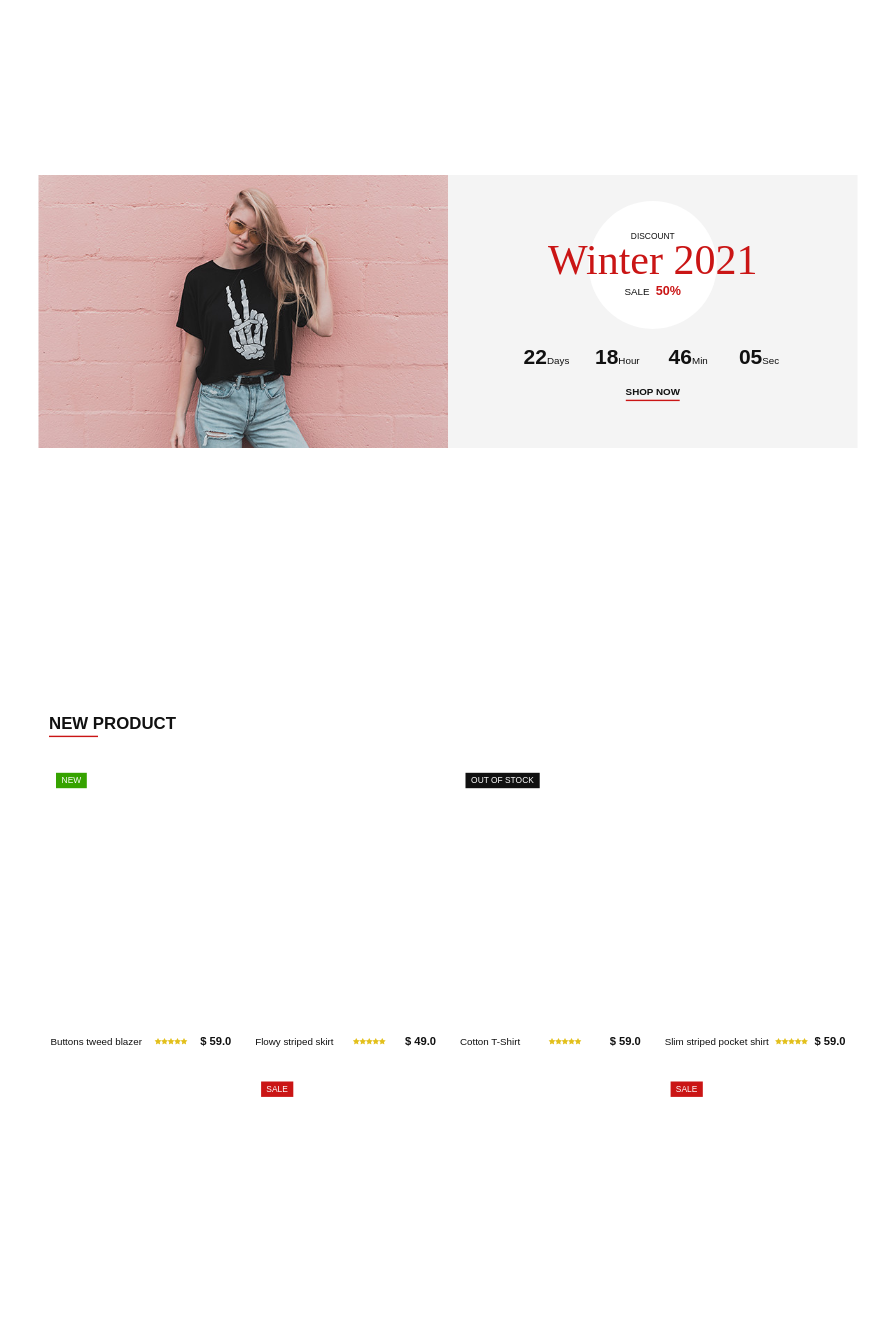
Repository: banchiec/shopping-fashion
Page: /
These files come from the project's save history. The page is drawn as it stood at one moment and after the next save; the edit follows.
The browser window is 1280 px wide. The pictures show the part of the page from y = 460 to 2380 px (the page is 2893 px tall before and 1093 px after), at 70% of full size.
The project was rebuilt for these pictures with package versions that can differ from the ones it lists, and the page was loaded fresh each time. Also part of the build but not shown: src/App.css, src/pages/Shop/Shop.js.

Above is the page before, as saved 2023-07-15 01:25:57.

### public/index.html
<!DOCTYPE html>
<html lang="en">
	<head>
		<meta charset="utf-8" />
		<link rel="icon" href="%PUBLIC_URL%/favicon.ico" />
		<meta name="viewport" content="width=device-width, initial-scale=1" />
		<meta name="theme-color" content="#000000" />
		<meta name="description" content="Web site created using create-react-app" />
		<link rel="apple-touch-icon" href="%PUBLIC_URL%/logo192.png" />
		<!--
      manifest.json provides metadata used when your web app is installed on a
      user's mobile device or desktop. See https://developers.google.com/web/fundamentals/web-app-manifest/
    -->
		<link rel="manifest" href="%PUBLIC_URL%/manifest.json" />
		<!--
      Notice the use of %PUBLIC_URL% in the tags above.
      It will be replaced with the URL of the `public` folder during the build.
      Only files inside the `public` folder can be referenced from the HTML.

      Unlike "/favicon.ico" or "favicon.ico", "%PUBLIC_URL%/favicon.ico" will
      work correctly both with client-side routing and a non-root public URL.
      Learn how to configure a non-root public URL by running `npm run build`.
    -->
		<title>React App</title>
		<link rel="stylesheet" href="assets/css/bootstrap.min.css" type="text/css" />
		<link rel="stylesheet" href="assets/css/font-awesome.min.css" type="text/css" />
		<link rel="stylesheet" href="assets/css/elegant-icons.css" type="text/css" />
		<link rel="stylesheet" href="assets/css/jquery-ui.min.css" type="text/css" />
		<link rel="stylesheet" href="assets/css/magnific-popup.css" type="text/css" />
		<link rel="stylesheet" href="assets/css/owl.carousel.min.css" type="text/css" />
		<link rel="stylesheet" href="assets/css/slicknav.min.css" type="text/css" />
		<link rel="stylesheet" href="assets/css/style.css" type="text/css" />
		<!-- Custom Scripts for this template -->
		<script src="assets/js/jquery-3.3.1.min.js"></script>
		<script src="assets/js/bootstrap.min.js"></script>
		<script src="assets/js/jquery.magnific-popup.min.js"></script>
		<script src="assets/js/jquery-ui.min.js"></script>
		<script src="assets/js/mixitup.min.js"></script>
		<script src="assets/js/jquery.slicknav.js"></script>
		<script src="assets/js/owl.carousel.min.js"></script>
		<script src="assets/js/jquery.nicescroll.min.js"></script>
		<script src="assets/js/main.js"></script>
	</head>
	<body>
		<noscript>You need to enable JavaScript to run this app.</noscript>
		<div id="root"></div>
		<!--
      This HTML file is a template.
      If you open it directly in the browser, you will see an empty page.

      You can add webfonts, meta tags, or analytics to this file.
      The build step will place the bundled scripts into the <body> tag.

      To begin the development, run `npm start` or `yarn start`.
      To create a production bundle, use `npm run build` or `yarn build`.
    -->
	</body>
</html>

### src/pages/Home/Home.js
import { CarouselSection } from "../../components/CarouselSection"
import { DiscountsBanner } from "../../components/DiscountsSection"
import { SocialSection } from "../../components/SocialSection"
import { SmallShop } from "../../components/SmallShop"
import { Footer } from "../../components/Footer"

const Home = () => {
	return (
		<>
			<CarouselSection />
			<DiscountsBanner />
			<SocialSection />
			<SmallShop />
			<Footer />s
		</>
	)
}
export default Home

### src/components/Header/styles/headerStyles.css
.header {
	background: #ffffff;
	-webkit-box-shadow: 0px 5px 10px rgba(91, 91, 91, 0.1);
	box-shadow: 0px 5px 10px rgba(91, 91, 91, 0.1);
}

.header__logo {
	padding: 26px 0;
}

.header__logo a {
	display: inline-block;
}

.header__menu {
	padding: 30px 0 27px;
}

.header__menu ul li {
	list-style: none;
	display: inline-block;
	margin-right: 40px;
	position: relative;
}

.header__menu ul li.active a:after {
	-webkit-transform: scale(1);
	-ms-transform: scale(1);
	transform: scale(1);
}

.header__menu ul li:hover a:after {
	-webkit-transform: scale(1);
	-ms-transform: scale(1);
	transform: scale(1);
}

.header__menu ul li:hover .dropdown {
	top: 27px;
	opacity: 1;
	visibility: visible;
}

.header__menu ul li:last-child {
	margin-right: 0;
}

.header__menu ul li .dropdown {
	position: absolute;
	left: 0;
	top: 56px;
	width: 150px;
	background: #111111;
	text-align: left;
	padding: 2px 0;
	z-index: 9;
	opacity: 0;
	visibility: hidden;
	-webkit-transition: all, 0.3s;
	-o-transition: all, 0.3s;
	transition: all, 0.3s;
}

.header__menu ul li .dropdown li {
	display: block;
	margin-right: 0;
}

.header__menu ul a {
	padding: 8px 20px;
}

.header__menu ul li .dropdown li a {
	font-size: 14px;
	color: #ffffff;
	font-weight: 400;
	padding: 8px 20px;
	text-transform: capitalize;
}

.header__menu ul li .dropdown li a:after {
	display: none;
}

.header__menu ul li a {
	font-size: 15px;
	text-transform: uppercase;
	color: #111111;
	font-weight: 500;
	display: block;
	padding: 2px 0;
	position: relative;
}

.header__menu ul li a:after {
	position: absolute;
	left: 0;
	bottom: 0;
	width: 100%;
	height: 2px;
	background: #ca1515;
	content: '';
	-webkit-transition: all, 0.5s;
	-o-transition: all, 0.5s;
	transition: all, 0.5s;
	-webkit-transform: scale(0);
	-ms-transform: scale(0);
	transform: scale(0);
}

.header__right {
	text-align: right;
	padding: 30px 0 27px;
}

.header__right__auth {
	display: inline-block;
	margin-right: 25px;
}

.header__right__auth a {
	font-size: 12px;
	color: #666666;
	position: relative;
	margin-right: 8px;
}

.header__right__auth a:last-child {
	margin-right: 0;
}

.header__right__auth a:last-child:after {
	display: none;
}

.header__right__auth a:after {
	position: absolute;
	right: -8px;
	top: -2px;
	content: '/';
	font-size: 13px;
}

.header__right__widget {
	display: inline-block;
}

.header__right__widget li {
	list-style: none;
	display: inline-block;
	font-size: 18px;
	color: #111111;
	margin-right: 20px;
	cursor: pointer;
}

.header__right__widget li:last-child {
	margin-right: 0;
}

.header__right__widget li a {
	font-size: 18px;
	color: #111111;
	position: relative;
}

.header__right__widget li a .tip {
	position: absolute;
	right: -12px;
	top: -11px;
	height: 18px;
	width: 18px;
	background: #111111;
	font-size: 10px;
	font-weight: 500;
	color: #ffffff;
	line-height: 18px;
	text-align: center;
	border-radius: 50%;
}

.offcanvas-menu-wrapper {
	display: none;
}

.canvas__open {
	display: none;
}
.canvas__open {
	display: block;
	font-size: 22px;
	color: #222;
	height: 35px;
	width: 35px;
	line-height: 35px;
	text-align: center;
	border: 1px solid #323232;
	border-radius: 2px;
	cursor: pointer;
	position: absolute;
	right: 15px;
	top: 24px;
}
@media only screen and (max-width: 767px) {
	.canvas__open {
		display: block;
		font-size: 22px;
		color: #222;
		height: 35px;
		width: 35px;
		line-height: 35px;
		text-align: center;
		border: 1px solid #323232;
		border-radius: 2px;
		cursor: pointer;
		position: absolute;
		right: 15px;
		top: 24px;
	}
}

### src/components/CarouselSection/Carousel.jsx
const CarouselSection = (props) => {
	return (
		<section className="banner">
			<div className="container">
				<div className="row">
					<div className="col-xl-12 col-lg-8 m-auto">
						<div className="banner__slider owl-carousel">
							<div>
								<div className="banner__text">
									{/* <span>The Chloe Collection</span> */}
									<img src="assets/img/banner/banner-1.jpg" alt="banner" />
									<h1>The Project Jacket</h1>
									<a href="#">Shop now</a>
								</div>
							</div>
							<div>
								<div className="banner__text">
									{/* <span>The Chloe Collection</span> */}
									<img src="assets/img/banner/banner-1.jpg" alt="banner" />
									{/* <h1>The Project Jacket </h1> */}
									<a href="#">Shop now</a>
								</div>
							</div>
							<div>
								<div className="banner__text">
									<span>The Chloe Collection</span>
									<img src="assets/img/banner/banner-1.jpg" alt="banner" />
									{/* <h1>The Project Jacket</h1> */}
									<a href="#">Shop now</a>
								</div>
							</div>
						</div>
					</div>
				</div>
			</div>
		</section>
	)
}

export default CarouselSection

### src/components/DiscountsSection/DiscountsBanner.jsx
const DiscountsBanner = () => {
	return (
		<>
			<section className="discount">
				<div className="container">
					<div className="row">
						<div className="col-lg-6 p-0">
							<div className="discount__pic">
								<img src="assets/img/discount.jpg" alt="" />
							</div>
						</div>
						<div className="col-lg-6 p-0">
							<div className="discount__text">
								<div className="discount__text__title">
									<span>Discount</span>
									<h2>Winter 2021</h2>
									<h5>
										<span>Sale</span> 50%
									</h5>
								</div>
								<div className="discount__countdown" id="countdown-time">
									<div className="countdown__item">
										<span>22</span>
										<p>Days</p>
									</div>
									<div className="countdown__item">
										<span>18</span>
										<p>Hour</p>
									</div>
									<div className="countdown__item">
										<span>46</span>
										<p>Min</p>
									</div>
									<div className="countdown__item">
										<span>05</span>
										<p>Sec</p>
									</div>
								</div>
								<a href="#">Shop now</a>
							</div>
						</div>
					</div>
				</div>
			</section>
		</>
	)
}
export default DiscountsBanner

### src/components/SocialSection/SocialSection.jsx
const SocialSection = () => {
	return (
		<>
			<div className="instagram">
				<div className="container-fluid">
					<div className="row">
						<div className="col-lg-2 col-md-4 col-sm-4 p-0">
							<div
								className="instagram__item set-bg"
								data-setbg="assets/img/instagram/insta-1.jpg"
							>
								<div className="instagram__text">
									<i className="fa fa-instagram"></i>
									<a href="#">@ ashion_shop</a>
								</div>
							</div>
						</div>
						<div className="col-lg-2 col-md-4 col-sm-4 p-0">
							<div
								className="instagram__item set-bg"
								data-setbg="assets/img/instagram/insta-2.jpg"
							>
								<div className="instagram__text">
									<i className="fa fa-instagram"></i>
									<a href="#">@ ashion_shop</a>
								</div>
							</div>
						</div>
						<div className="col-lg-2 col-md-4 col-sm-4 p-0">
							<div
								className="instagram__item set-bg"
								data-setbg="assets/img/instagram/insta-3.jpg"
							>
								<div className="instagram__text">
									<i className="fa fa-instagram"></i>
									<a href="#">@ ashion_shop</a>
								</div>
							</div>
						</div>
						<div className="col-lg-2 col-md-4 col-sm-4 p-0">
							<div
								className="instagram__item set-bg"
								data-setbg="assets/img/instagram/insta-4.jpg"
							>
								<div className="instagram__text">
									<i className="fa fa-instagram"></i>
									<a href="#">@ ashion_shop</a>
								</div>
							</div>
						</div>
						<div className="col-lg-2 col-md-4 col-sm-4 p-0">
							<div
								className="instagram__item set-bg"
								data-setbg="assets/img/instagram/insta-5.jpg"
							>
								<div className="instagram__text">
									<i className="fa fa-instagram"></i>
									<a href="#">@ ashion_shop</a>
								</div>
							</div>
						</div>
						<div className="col-lg-2 col-md-4 col-sm-4 p-0">
							<div
								className="instagram__item set-bg"
								data-setbg="assets/img/instagram/insta-6.jpg"
							>
								<div className="instagram__text">
									<i className="fa fa-instagram"></i>
									<a href="#">@ ashion_shop</a>
								</div>
							</div>
						</div>
					</div>
				</div>
			</div>
		</>
	)
}
export default SocialSection

### src/components/Footer/footer.jsx
const Footer = () => {
	return (
		<>
			<footer className="footer">
				<div className="container">
					<div className="row">
						<div className="col-lg-4 col-md-6 col-sm-7">
							<div className="footer__about">
								<div className="footer__logo">
									<a href="#">
										<img src="assets/img/logo.png" alt="" />
									</a>
								</div>
								<p>
									Lorem ipsum dolor sit amet, consectetur adipiscing elit, sed do eiusmod
									tempor incididunt cilisis.
								</p>
								<div className="footer__payment">
									<a href="#">
										<img src="assets/img/payment/payment-1.png" alt="" />
									</a>
									<a href="#">
										<img src="assets/img/payment/payment-2.png" alt="" />
									</a>
									<a href="#">
										<img src="assets/img/payment/payment-3.png" alt="" />
									</a>
									<a href="#">
										<img src="assets/img/payment/payment-4.png" alt="" />
									</a>
									<a href="#">
										<img src="assets/img/payment/payment-5.png" alt="" />
									</a>
								</div>
							</div>
						</div>
						<div className="col-lg-2 col-md-3 col-sm-5">
							<div className="footer__widget">
								<h6>Quick links</h6>
								<ul>
									<li>
										<a href="#">About</a>
									</li>
									<li>
										<a href="#">Blogs</a>
									</li>
									<li>
										<a href="#">Contact</a>
									</li>
									<li>
										<a href="#">FAQ</a>
									</li>
								</ul>
							</div>
						</div>
						<div className="col-lg-2 col-md-3 col-sm-4">
							<div className="footer__widget">
								<h6>Account</h6>
								<ul>
									<li>
										<a href="#">My Account</a>
									</li>
									<li>
										<a href="#">Orders Tracking</a>
									</li>
									<li>
										<a href="#">Checkout</a>
									</li>
									<li>
										<a href="#">Wishlist</a>
									</li>
								</ul>
							</div>
						</div>
						<div className="col-lg-4 col-md-8 col-sm-8">
							<div className="footer__newslatter">
								<h6>NEWSLETTER</h6>
								<form action="#">
									<input type="text" placeholder="Email" />
									<button type="submit" className="site-btn">
										Subscribe
									</button>
								</form>
								<div className="footer__social">
									<a href="#">
										<i className="fa fa-facebook"></i>
									</a>
									<a href="#">
										<i className="fa fa-twitter"></i>
									</a>
									<a href="#">
										<i className="fa fa-youtube-play"></i>
									</a>
									<a href="#">
										<i className="fa fa-instagram"></i>
									</a>
									<a href="#">
										<i className="fa fa-pinterest"></i>
									</a>
								</div>
							</div>
						</div>
					</div>
					<div className="row">
						<div className="col-lg-12">
							<div className="footer__copyright__text">
								<p>
									Copyright &copy;{' '}
									<script>document.write(new Date().getFullYear());</script> All rights
									reserved | This template is made with{' '}
									<i className="fa fa-heart" aria-hidden="true"></i> by{' '}
									<a href="#" target="_blank">
										Heart
									</a>
								</p>
							</div>
						</div>
					</div>
				</div>
			</footer>
		</>
	)
}

export default Footer

Loaded but not shown: src/index.css (common file); public/assets/css/bootstrap.min.css (library); public/assets/css/font-awesome.min.css (library); public/assets/css/elegant-icons.css (library); public/assets/css/jquery-ui.min.css (library); public/assets/css/magnific-popup.css (library); public/assets/css/owl.carousel.min.css (library); public/assets/css/slicknav.min.css (common file); public/assets/js/jquery-3.3.1.min.js (library); public/assets/js/bootstrap.min.js (library); public/assets/js/jquery.magnific-popup.min.js (library); public/assets/js/jquery-ui.min.js (library); public/assets/js/mixitup.min.js (library); public/assets/js/jquery.slicknav.js (library); public/assets/js/owl.carousel.min.js (library); public/assets/js/jquery.nicescroll.min.js (library); public/assets/js/main.js (225 lines, source omitted); src/components/Header/Header.js (115 lines, source omitted); src/redux/reducers/auth/authSessionReducers.js (73 lines, source omitted); src/components/Header/libs/MenuWrapper.js (41 lines, source omitted); src/redux/reducers/auth/authLoginReducers.js (54 lines, source omitted); src/redux/reducers/auth/authSignupReducers.js (37 lines, source omitted); src/routes.js (28 lines, source omitted); src/App.js (19 lines, source omitted); src/index.js (14 lines, source omitted); src/redux/reducers/index.js (10 lines, source omitted); src/redux/constants/auth/authLoginConstants.js (10 lines, source omitted); src/redux/constants/auth/authSessionConstants.js (6 lines, source omitted); src/redux/store.js (6 lines, source omitted); src/redux/constants/auth/authSignupConstants.js (3 lines, source omitted); src/components/DiscountsSection/index.js (2 lines, source omitted); src/components/SocialSection/index.js (2 lines, source omitted); src/components/CarouselSection/index.js (2 lines, source omitted); src/components/SmallShop/index.js (2 lines, source omitted); src/components/Header/index.js (2 lines, source omitted); src/components/Footer/index.js (2 lines, source omitted); public/assets/css/style.css (3680 lines, source omitted); src/assets/css/style.css (3678 lines, source omitted); src/components/SmallShop/SmallShop.jsx (341 lines, source omitted)

After the next save:
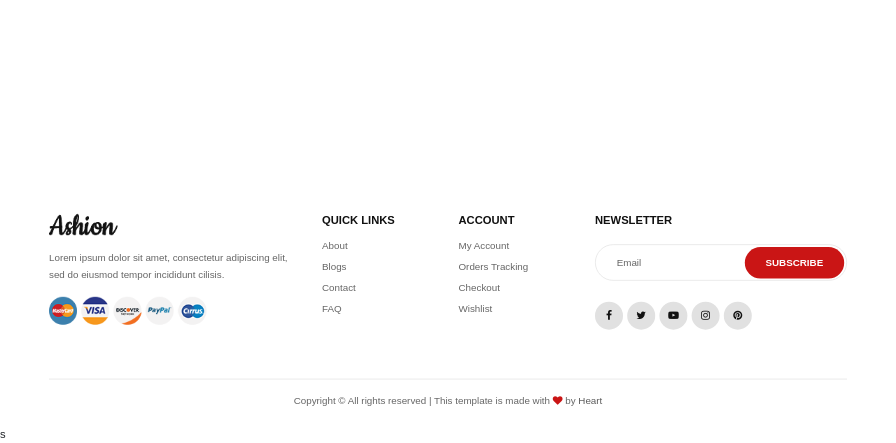
Saved 18 s later.
--- a/src/pages/Home/Home.js
+++ b/src/pages/Home/Home.js
@@ -8,9 +8,9 @@ const Home = () => {
 	return (
 		<>
 			<CarouselSection />
-			<DiscountsBanner />
-			<SocialSection />
-			<SmallShop />
+			{/* <DiscountsBanner /> */}
+			{/* <SocialSection /> */}
+			{/* <SmallShop /> */}
 			<Footer />s
 		</>
 	)
